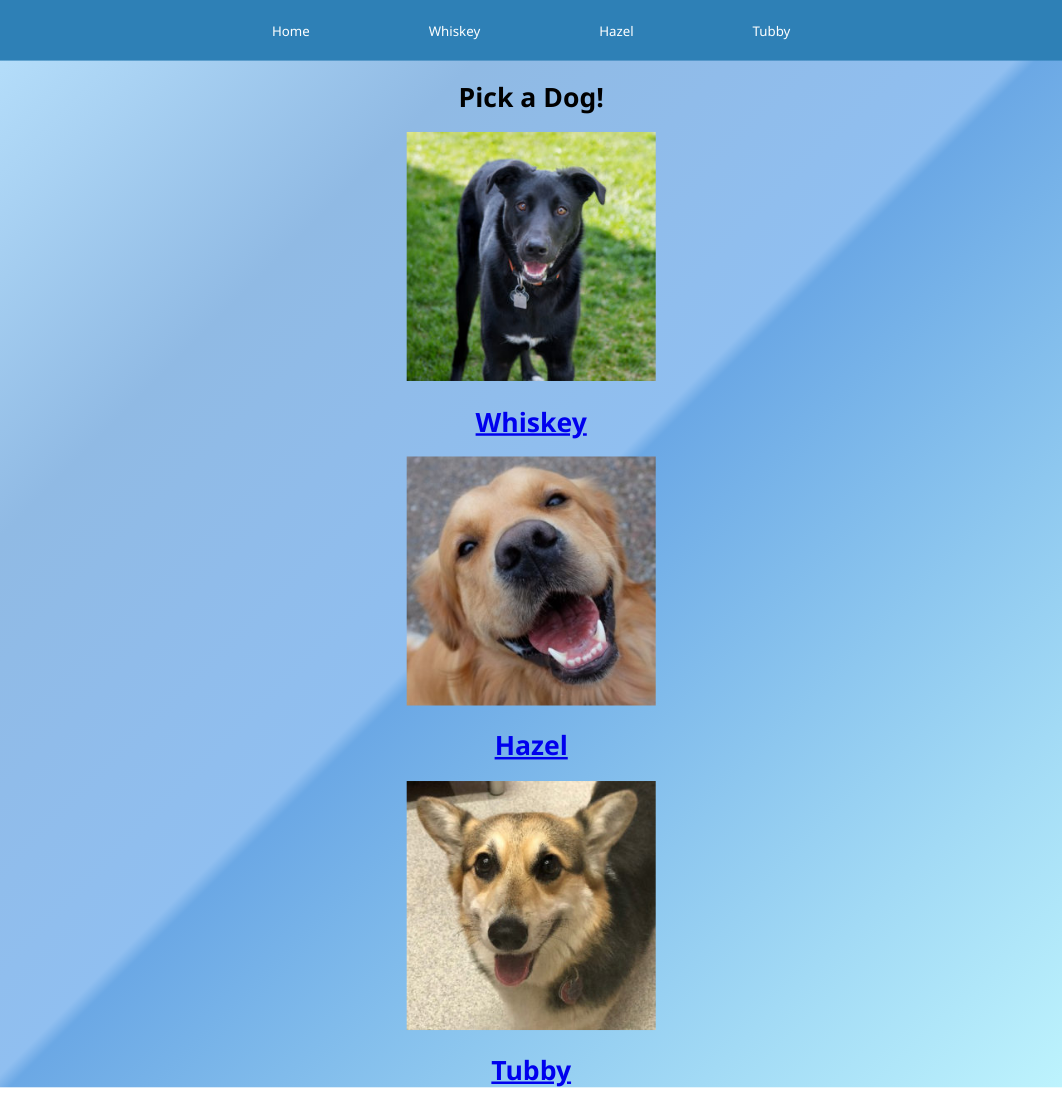
Repository: johnmutina/dog-finder
Page: /
These files come from the project's save history. The page is drawn as it stood at one moment and after a run of saves; the edit follows.
The browser window is 1280 px wide. The pictures show the whole page, at 83% of full size.
The project was rebuilt for these pictures with package versions that can differ from the ones it lists, and the page was loaded fresh each time. Also part of the build but not shown: src/Dog.js.

Above is the page before, as saved 2019-07-28 15:09:30.

After the next 3 saves:
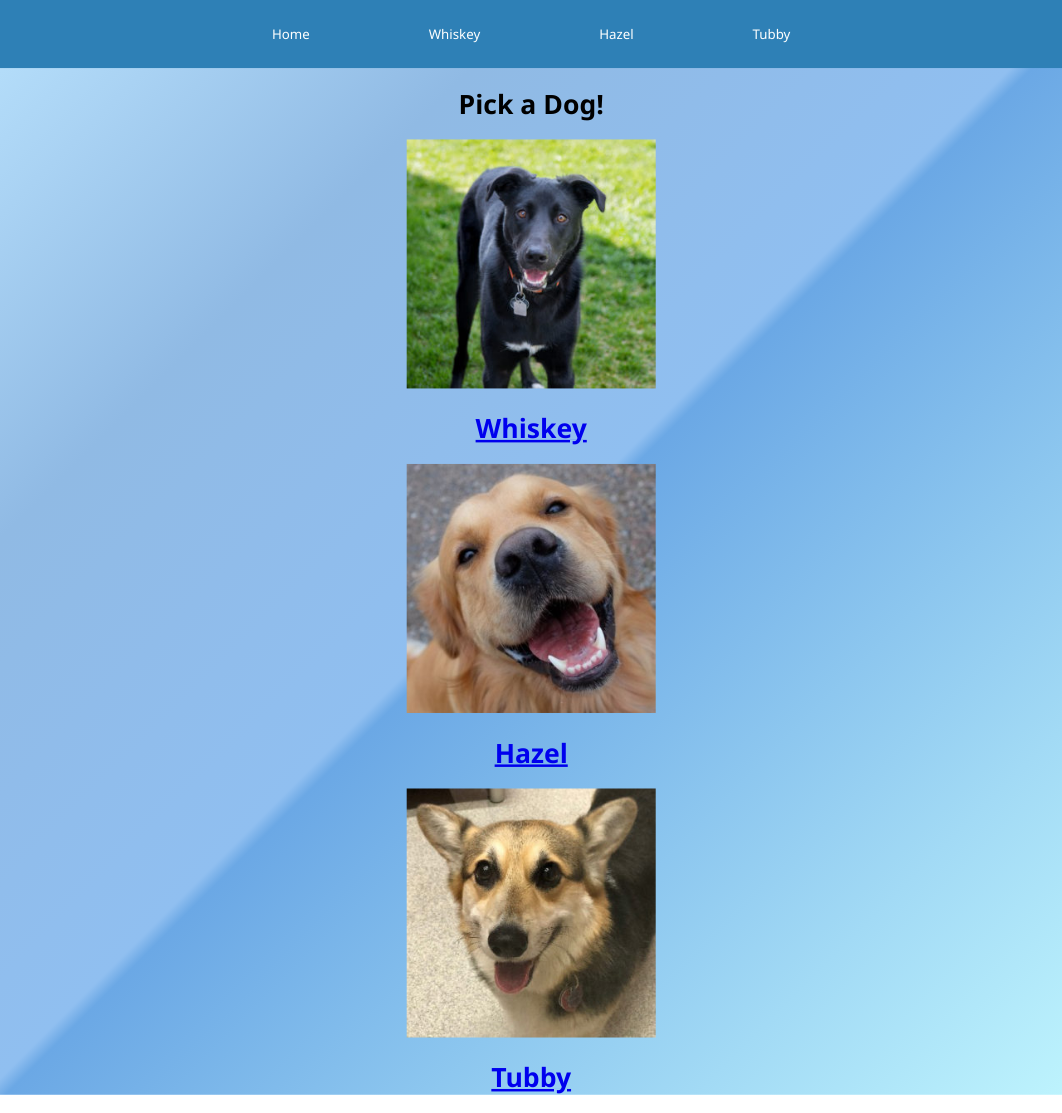
The 3 saves are shown as one change because they came seconds apart.
The last was saved 24 s later.
--- a/src/App.css
+++ b/src/App.css
@@ -45,7 +45,7 @@
   display: flex;
   background-color: #2e80b6;
   justify-content: space-around;
-  padding: 2% 20%;
+  padding: 30px 20%;
 }
 
 .App-navbar > * {
